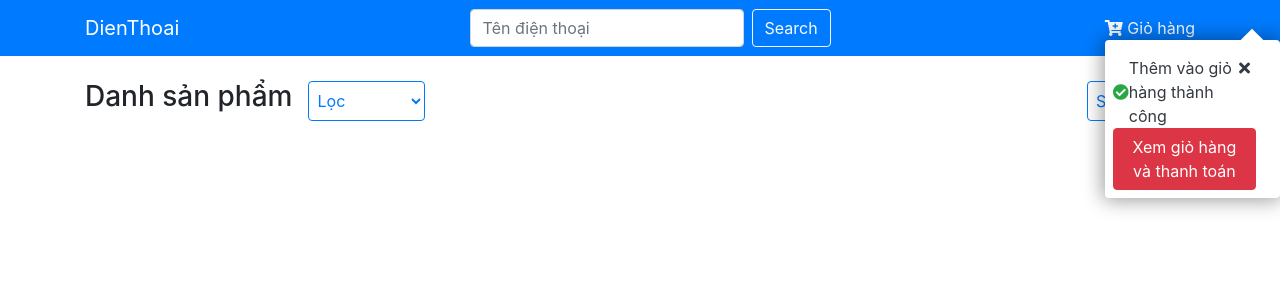
Repository: dovanthao2404/BC14_Bai_Tap_Ban_Dien_Thoai_dovanthao
Page: app/views/index.html
An editor plug-in stored every save of this project. The page is shown before and after the next save, followed by the edit.
The browser window is 1280 px wide. The pictures show the whole page.
Some web libraries are served in a nearby version. The style sheet was rebuilt from its Sass, Less or Tailwind sources for each picture, by a compiler version that may differ from the author's.

Above is the page before, as saved 2021-08-14 16:45:30.
Console error (its wording comes from the project's code and is left out).

After the next save:
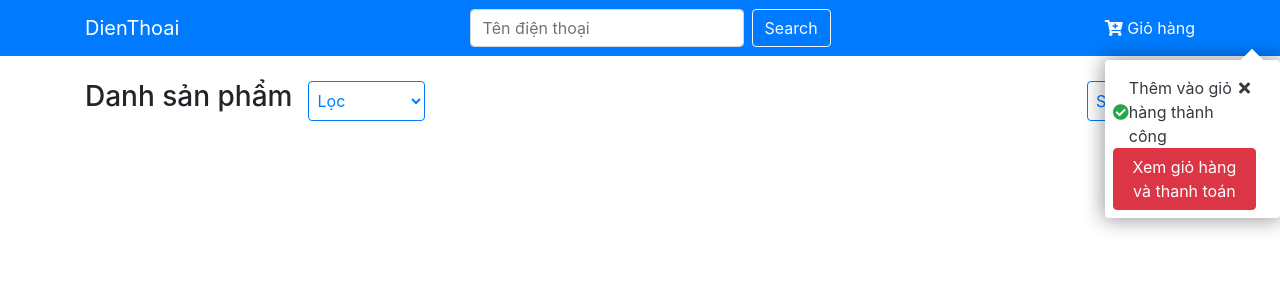
Saved 4 s later.
--- a/assets/scss/main.scss
+++ b/assets/scss/main.scss
@@ -22,7 +22,7 @@
 }
 .notifiSuccess {
   position: absolute;
-  top: 40px;
+  top: 60px;
   box-shadow: 0 0 20px 2px rgba(0, 0, 0, 0.4);
   &:before {
     content: "";
